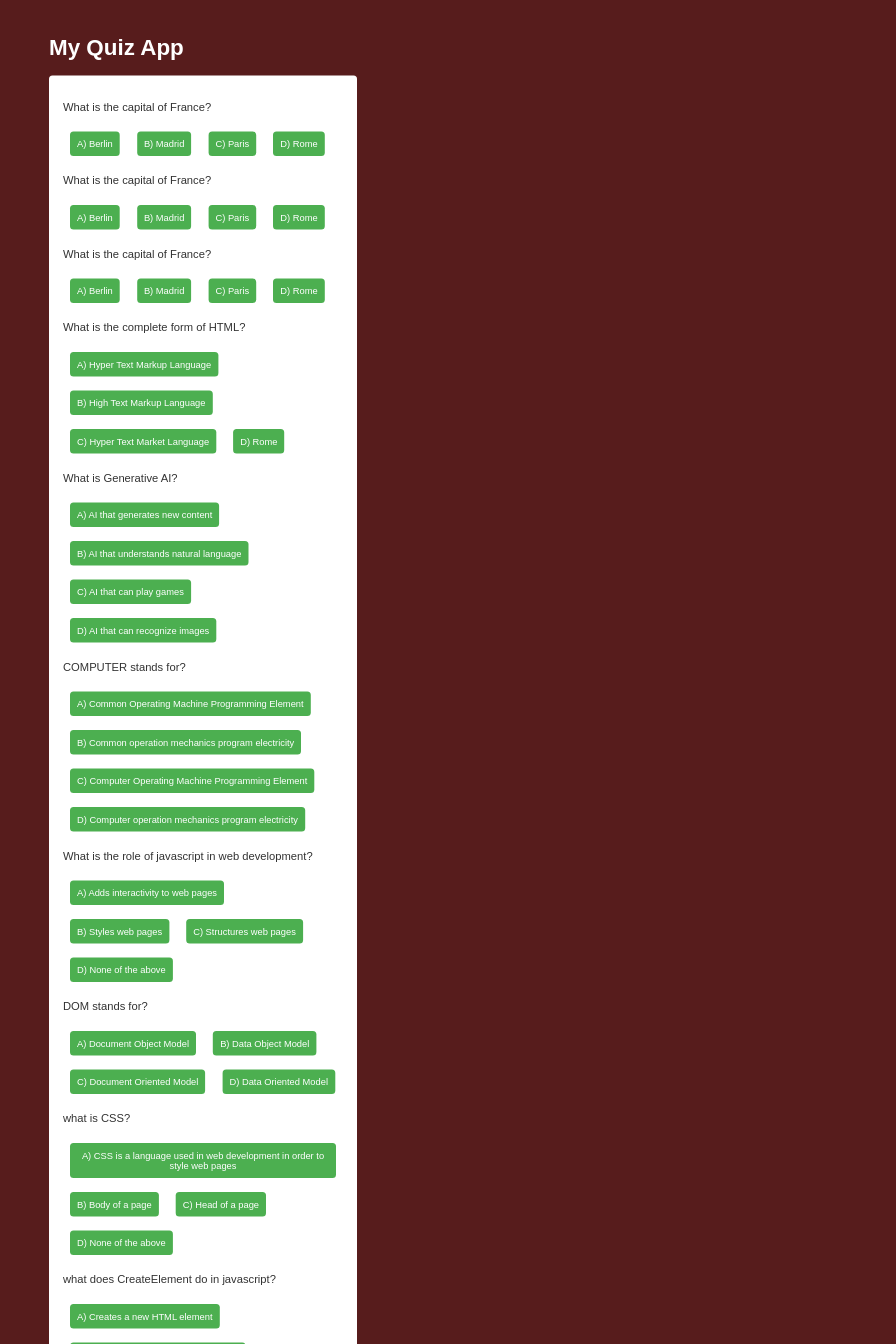
Repository: fatimaqueen9967-eng/SyntacexhubQuizApp
Page: index.html
These files come from the project's save history. The page is drawn as it stood at one moment and after a run of saves; the edit follows.
The browser window is 1280 px wide. The pictures show the part of the page from y = 0 to 1920 px (the page is 2891 px tall), at 70% of full size.

Above is the page before, as saved 2026-03-15 06:24:19.

### index.html
<!DOCTYPE html>
<html lang="en">
<head>
    <meta charset="UTF-8">
    <meta name="viewport" content="width=device-width, initial-scale=1.0">
    <title>QUIZ APP</title>
    <link rel="stylesheet" href="style.css">
</head>
<body>
    <h1>My Quiz App</h1>
    <div class="box">
        <div class="question">
            <p>What is the capital of France?</p>
        </div>
        <div class="options">
            <button>A) Berlin</button>
            <button>B) Madrid</button>
            <button>C) Paris</button>
            <button>D) Rome</button>
        </div>
        <div class="question">
            <p>What is the capital of France?</p>
        </div>
        <div class="options">
            <button>A) Berlin</button>
            <button>B) Madrid</button>
            <button>C) Paris</button>
            <button>D) Rome</button>
        </div>
        <div class="question">
            <p>What is the capital of France?</p>
        </div>
        <div class="options">
            <button>A) Berlin</button>
            <button>B) Madrid</button>
            <button>C) Paris</button>
            <button>D) Rome</button>
        </div>
        <div class="question">
            <p>What is the complete form of HTML?</p>
        </div>
        <div class="options">
            <button>A) Hyper Text Markup Language</button>
            <button>B) High Text Markup Language</button>
            <button>C) Hyper Text Market Language</button>
            <button>D) Rome</button>
        </div>
        <div class="question">
            <p>What is Generative AI?</p>
        </div>
        <div class="options">
            <button>A) AI that generates new content</button>
            <button>B) AI that understands natural language</button>
            <button>C) AI that can play games</button>
            <button>D) AI that can recognize images</button>
        </div>
        <div class="question">
            <p>COMPUTER stands for?</p>
        </div>
        <div class="options">
            <button>A) Common Operating Machine Programming Element</button>
            <button>B) Common operation mechanics program electricity</button>
            <button>C) Computer Operating Machine Programming Element</button>
            <button>D) Computer operation mechanics program electricity</button>
        </div>
        <div class="question">
        <p>What is the role of javascript in web development?</p>
    </div>
    <div class="options">
        <button>A) Adds interactivity to web pages</button>
        <button>B) Styles web pages</button>
        <button>C) Structures web pages</button>
        <button>D) None of the above</button>
    </div>
        <div class="question">
        <p>DOM stands for?</p>
    </div>
    <div class="options">
        <button>A) Document Object Model</button>
        <button>B) Data Object Model</button>
        <button>C) Document Oriented Model</button>
        <button>D) Data Oriented Model</button>
    </div>
        <div class="question">
        <p>what is CSS?</p>
    </div>
    <div class="options">
        <button>A) CSS is a language used in web development in order to style web pages</button>
        <button>B) Body of a page</button>
        <button>C) Head of a page</button>
        <button>D) None of the above</button>
    </div>
        <div class="question">
        <p>what does CreateElement do in javascript?</p>
    </div>
    <div class="options">
        <button>A) Creates a new HTML element</button>
        <button>B) Removes an existing HTML element</button>
        <button>C) Modifies an existing HTML element</button>
        <button>D) None of the above</button>
    </div>
        <div class="question">
        <p>what is the use of addEventListener in javascript?</p>
    </div>
    <div class="options">
        <button>A) Adds an event listener to an HTML element</button>
        <button>B) Removes an event listener from an HTML element</button>
        <button>C) Modifies an event listener on an HTML element</button>
        <button>D) None of the above</button>
    </div>

        <div class="question">
        <p>Who is the founder of Microsoft?</p>
    </div>
    <div class="options">
        <button>A) Steve Jobs</button>
        <button>B) Bill Gates</button>
        <button>C) Mark Zuckerberg</button>
        <button>D) Elon Musk</button>
    </div>
        <div class="question">
        <p>What is Bootstrap?</p>
    </div>
    <div class="options">
        <button>A) A CSS framework</button>
        <button>B) A JavaScript library</button>
        <button>C) A front-end framework</button>
        <button>D) A back-end framework</button>
    </div>
        <div class="question">
        <p>what is the full form of CSS?</p>
    </div>
    <div class="options">
        <button>A) Cascading Style Sheets</button>
        <button>B) Computer Style Sheets</button>
        <button>C) Creative Style Sheets</button>
        <button>D) Colorful Style Sheets</button>
    </div>
    </div>


</body>
</html>

### style.css
body{
    background-color: #571c1c;
    font-family: Arial, sans-serif;
    margin-left: 50px;
    padding: 20px;
    color: #fff;
    justify-content: center;
    align-items: center;
}
h1 {
    align-items: center;
    /* color: #333; */
}
.box{
    /* height: 700px; */
    /* display: flex; */

    background-color: #fff;
    color: #333;
    padding: 20px;
    border-radius: 5px;
    margin-bottom: 20px;
    width: 400px;
    overflow-wrap: anywhere;
}
button {
    background-color: #4CAF50;
    color: white;
    padding: 10px;
    margin: 10px;
    border: none;
    border-radius: 5px;
    cursor: pointer;
}

After the next 2 saves:
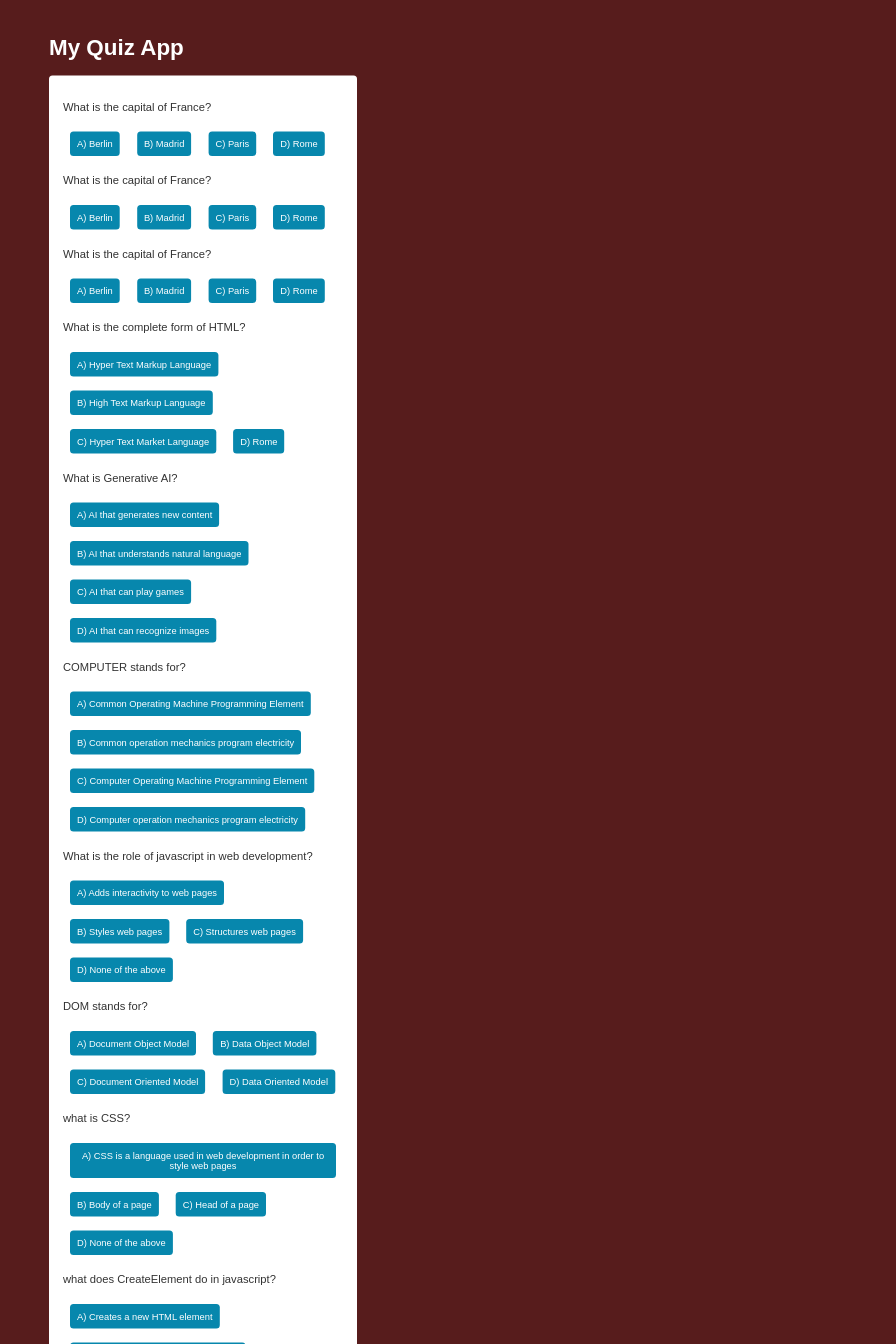
The 2 saves are shown as one change because they came seconds apart.
The last was saved 16 s later.
--- a/style.css
+++ b/style.css
@@ -24,7 +24,7 @@ h1 {
     overflow-wrap: anywhere;
 }
 button {
-    background-color: #4CAF50;
+    background-color: #0787ad;
     color: white;
     padding: 10px;
     margin: 10px;
